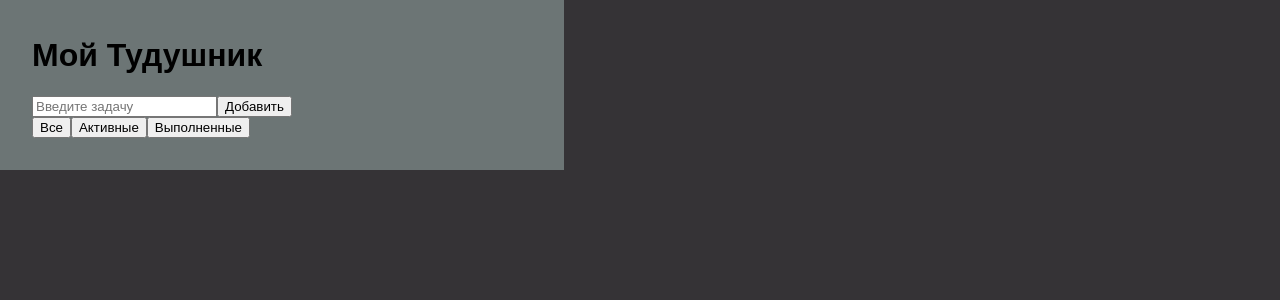
Repository: AlekCawka/-todo-project
Page: /
These files come from the project's save history. The page is drawn as it stood at one moment and after a run of saves; the edit follows.
The browser window is 1280 px wide. The pictures show the whole page.
The project was rebuilt for these pictures with package versions that can differ from the ones it lists, and the page was loaded fresh each time. Also part of the build but not shown: vite.config.js.

Above is the page before, as saved 2025-08-06 22:01:50.

### src/main.jsx
import React from 'react'
import ReactDOM from 'react-dom/client'
import App from './App.jsx'

ReactDOM.createRoot(document.getElementById('root')).render(
  <React.StrictMode>
    <App />
  </React.StrictMode>
)

### src/App.jsx
import React, { useState } from 'react';
import { useTodos } from './hooks/useTodos';

import './App.css';

const App = () => {
  const { todos, addTodo, deleteTodo, updateTodo, toggleCompleted } = useTodos();
  const [inputValue, setInputValue] = useState('');
  const [filter, setFilter] = useState('all');

  const handleAdd = () => {
    addTodo(inputValue);
    setInputValue('');
  }

  const handleChange = (e) => {
    setInputValue(e.target.value);
  }

  const getFilteredTodos = (todos, filter) => {
    switch (filter) {
      case 'active':
        return todos.filter(todo => !todo.completed);
      case 'completed':
        return todos.filter(todo => todo.completed);
      default:
        return todos;
    }
  };

  const filteredTodos = getFilteredTodos(todos, filter);

  return (
    <div className="container">
      <h1 className="title">Мой Тудушник</h1>

      <div className="form">
        <input
          type="text"
          placeholder="Введите задачу"
          value={inputValue}
          onChange={handleChange}
        />
        <button onClick={handleAdd}>Добавить</button>
      </div>

      <div className="filters">
        <button onClick={() => setFilter('all')}>Все</button>
        <button onClick={() => setFilter('active')}>Активные</button>
        <button onClick={() => setFilter('completed')}>Выполненные</button>
      </div>

      <ul className="list">
        {filteredTodos.map(todo => (
          <li key={todo.id} className="todo-item">
            <input
              type="checkbox"
              checked={todo.completed}
              onChange={() => toggleCompleted(todo.id)}
            />
            <span
              style={{ textDecoration: todo.completed ? 'line-through' : 'none' }}
            >
              {todo.text}
            </span>
            <button onClick={() => {
              const newText = prompt('Новое значение:', todo.text);
              if (newText) updateTodo(todo.id, newText);
            }}>Редактировать</button>
            <button onClick={() => deleteTodo(todo.id)}>Удалить</button>
          </li>
        ))}
      </ul>
    </div>
  );
};

export default App;

### src/hooks/useTodos.js
import { useState, useEffect } from 'react';
import { Trash2, Edit, Clock, Calendar, CheckSquare, Square } from 'lucide-react';

const generateId = () => crypto?.randomUUID?.() || `${Date.now()}-${Math.random()}`;

export const useTodos = () => {
    const [todos, setTodos] = useState([]);

    const normalize = (text) => text.trim().toLowerCase();

    useEffect(() => {
        const stored = localStorage.getItem('todos');
        if (stored) {
            setTodos(JSON.parse(stored));
        }
    }, []);

    useEffect(() => {
        localStorage.setItem('todos', JSON.stringify(todos));
    }, [todos]);

    const addTodo = (text, deadline = null) => {
        const trimmed = text.trim();

        if (!trimmed) return;

        const isDuplicate = todos.some(todo => normalize(todo.text) === normalize(text));

        if (isDuplicate) {
            return;
        }

        const newTodo = {
            id: generateId(),
            text: trimmed,
            completed: false,
            createdAt: new Date().toISOString(),
            deadline: deadline || null,
        };
        setTodos(prevTodos => [newTodo, ...prevTodos]);
    };

    const deleteTodo = (id) => {
        setTodos(prev => prev.filter(todo => todo.id !== id));
    };

    const updateTodo = (id, updates) => {
        setTodos(prev =>
            prev.map(todo =>
                todo.id === id ?
                    { ...todo, ...updates } : todo
            )
        );
    };

    const toggleCompleted = (id) => {
        setTodos(prev =>
            prev.map(todo =>
                todo.id === id ?
                    { ...todo, completed: !todo.completed } : todo
            )
        )
    }

    return {
        todos,
        addTodo,
        deleteTodo,
        updateTodo,
        toggleCompleted
    };
};

### src/App.css
body {
    margin: 0;
    padding: 0;
    background: rgb(53, 51, 54);
    font-family: sans-serif;
}

.container {
    max-width: 500px;
    background-color: rgb(108, 117, 117);
    padding: 16px 32px;

}
/* body {
    font-family: sans-serif;
    background: rgb(53, 51, 54);
    margin: 0;
    padding: 0;
}

.container {
    max-width: 500px;
    margin: 20px auto;
    padding: 32px 16px;
    background-color: rgb(108, 117, 117);
}

.title {
    text-align: center;
    font-size: 28px;
    margin-bottom: 2rem;
    color: white;
}

.form {
    display: flex;
    gap: 10px;
    margin-bottom: 14px;
}

.form input {
    flex: 1;
    padding: 8px;
    border: 1px solid #007bff;
    border-radius: 7px;

}

.form button {
    background-color: #007bff;
    color: white;
    border: none;
    border-radius: 7px;
    cursor: pointer;
    transition: background-color 0.3s;
}

.form button:hover {
    background-color: #0056b3;
}

.filters {
    display: flex;
    justify-content: center;
    gap: 8px;
}

.filters button {
    padding: 7px 12px;
    background-color: #007bff;
    color: white;
    border-radius: 8px;
    border: none;
    cursor: pointer;
    transition: all 0.2s;

}

.filters button:hover {
    background-color: #0056b3;
}

.list {
    list-style: none;
    padding: 0;
    margin-top: 15px;
}

.todo-item {
    display: flex;
    align-items: center;
    gap: 8px;
    background-color: rgba(250, 244, 244, 0.203);
    padding: 10px;
    margin-bottom: 12px;
    border-radius: 8px;
    box-shadow: 0 1px 3px rgba(0, 0, 0, 0.4);
}

.todo-item span {
    flex: 1;
    font-size: 16px;
    color: white;
    word-break: break-word;
}

.todo-item button {
    background: white;
    border: none;
    border-radius: 8px;
    cursor: pointer;
    font-size: 14px;
    width: 120px;
}

.todo-item input[type="checkbox"] {
    width: 18px;
    height: 18px;
} */

After the next 2 saves:
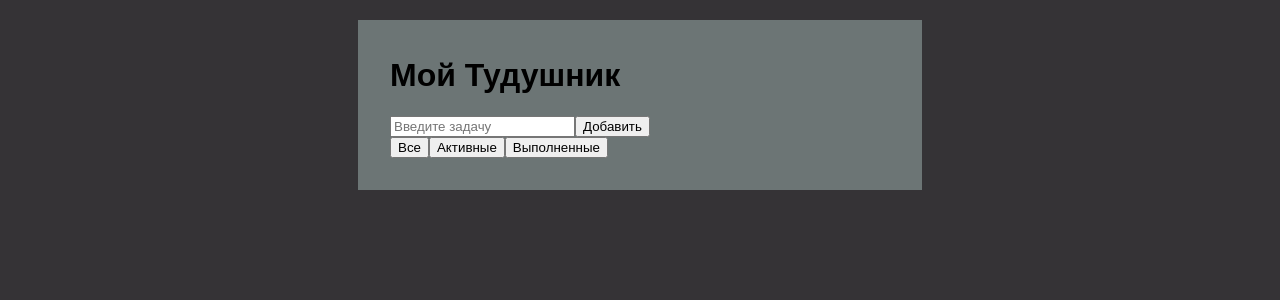
The 2 saves are shown as one change because they came seconds apart.
The last was saved 17 s later.
--- a/src/App.css
+++ b/src/App.css
@@ -9,7 +9,7 @@ body {
     max-width: 500px;
     background-color: rgb(108, 117, 117);
     padding: 16px 32px;
-
+    margin: 20px auto;
 }
 /* body {
     font-family: sans-serif;
